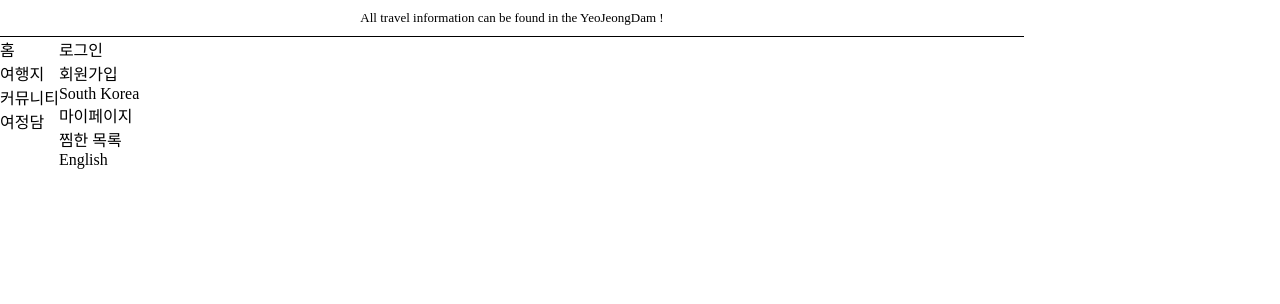
Repository: gaeunlee95/semi
Page: http://localhost/semi/main.jsp
These files come from the project's save history. The page is drawn as it stood at one moment and after the next save; the edit follows.
The browser window is 1280 px wide. The pictures show the whole page.
The page is served by Tomcat 9.

Above is the page before, as saved 2023-12-06 08:35:36.

### semi/src/main/webapp/main.jsp
<%@ page language="java" contentType="text/html; charset=UTF-8"
    pageEncoding="UTF-8"%>
<!DOCTYPE html>
<html>
<head>
<meta charset="UTF-8">
<title>메인 페이지</title>
<link rel="stylesheet" href="resources/css/style.css">
<style>
/* *{
	color: blue;
} */
</style>
</head>
<body>
	<jsp:include page="header.jsp" />
</body>
</html>

### semi/src/main/webapp/header.jsp
<%@ page language="java" contentType="text/html; charset=UTF-8"
    pageEncoding="UTF-8"%>
<%@ taglib uri="http://java.sun.com/jsp/jstl/core" prefix="c" %>
<header>
	<div id="welcome">
		<p>All travel information can be found in the YeoJeongDam !</p>
	</div>
	<div id="menu">
		<div id="mainMenu">
			<nav>
				<ul id="">
					<li>홈</li>
					<li>여행지</li>
					<li>커뮤니티</li>
					<li>여정담</li>
				</ul>
			</nav>
		</div>
		<div id="sideMenu">
			<nav>
				<ul id="">
					<li>로그인</li>
					<li>회원가입</li>
					<li>South Korea</li>
					<li>마이페이지</li>
					<li>찜한 목록</li>
					<li>English</li> <!-- 스크롤로 언어(영어/한국) 선택 -->
				</ul>
			</nav>
		</div>
	</div>





  <%-- <nav>
  <c:choose>
    <c:when test="${empty sessionId}">
	    <ul id="topMenu">
	  	  <li><a href="/loginform.do">로그인</a></li>
	  	  <li><a href="/joinform.do">회원가입</a></li>
	  	  <li><a href="/boardlist.do">게시판</a></li>
	  	  <li><a href="/memberlist.do">회원목록</a></li>
	  	</ul>
    </c:when>
    <c:otherwise>
    	<ul id="topMenu">
	  	  <li><a href="/logout.do">(${sessionId}님)로그아웃</a></li>
	  	  <li><a href="/memberview.do?id=${sessionId}">나의 정보</a></li>
	  	  <li><a href="/boardlist.do">게시판</a></li>
	  	  <li><a href="/memberlist.do">회원 목록</a></li>
	  	</ul>
    </c:otherwise>
   </c:choose>
  </nav> --%>
</header>

### semi/src/main/webapp/resources/css/style.css
@charset "UTF-8";
/* 공통 스타일 */
*{margin: 0; padding: 0;}
#container{width: 1024px; margin: 30px auto 100px;}
ul li{list-style: none;}
a{text-decoration: none;}
/* header 스타일 */
header{
	margin: 0 auto;
}
header #welcome{
	width : 1024px;
	text-align: center;
	border-bottom: 1px solid black;
}
header #welcome p{
	padding: 10px 0;
	font-size: 13px;
}
header nav{
	height: 80px;
	float:left;
}
header #mainMenu{
	width: 700px;
};
header #sideMenu{
	width: 324px;
}


/*
 header 스타일
header{height: 80px; background: #0077cc;}
header #logo{width: 250px; float: left; line-height: 80px;}
#logo h1 a{color: greenyellow; padding-left: 24px; font-style: italic;}
#logo h1 a:hover{color: #eee;}
header nav{width: 900px; float: right;}
#topMenu{line-height: 80px; padding-left: 150px;}
#topMenu li{float: left; margin: 0 20px;}
#topMenu li a{color: #eee; padding: 0 20px;}
#topMenu li a:hover{color: #444;}

 main 스타일
#main{width: 1000px; height: 600px; margin: 40px auto;}
#main h1{color: blue; font-style: italic; padding: 20px 60px;}
#main .main_img{margin: 16px 30px; float: left;}
#main .main_img img{border-radius: 5px;}
#main .newboard{margin: 20px;}
#main .newboard h3{margin: 20px;}
#main .newboard p{line-height: 2.5;}


 footer 스타일
footer{height: 80px; border-top: 2px solid #222; clear: both;}
#bottomMenu{margin: 10px 20px;}
#bottomMenu li{float: left; margin: 10px 0; padding: 0 10px;
	border-right: 1.5px solid #ccc;}
#bottomMenu li a{color: #444;}
#bottomMenu li:last-child{border: none;}

 회원 목록 스타일
#memberlist{width: 700px; margin: 20px auto;}
#memberlist .logout{text-align: right;}
#memberlist table{width: 700px; margin: 20px auto;}
#memberlist table, th, td{border: 1px solid #ccc;
  border-collapse: collapse; text-align: center;}
table th, td{padding: 10px;}
table thead{background: #eee;}
*/
/* 회원 가입 스타일 */
#join{width: 500px; margin: 20px auto;}
#join form{margin: 20px auto;}
form ul li{margin: 20px;}
form .button{margin-top: 16px;}
form .button button{padding: 5px;}
form label{width: 120px; float: left; padding-left: 20px;}
form input{padding: 5px;}

/* 회원 정보 스타일 */
#memberview{width: 460px; margin: 20px auto;}
#memberview table{width: 460px; margin: 20px auto;}
#memberview table, th, td{border: 1px solid #ccc;
  border-collapse: collapse; text-align: center;}
table th, td{padding: 10px;}
#memberview button{padding: 5px;}
/*
 login 스타일
#login {width: 400px; margin: 30px auto 100px;}
#login form{margin: 30px auto;}
#login form ul li{margin: 30px;}
#login .error{color: #e00; margin-top: 16px; font-size: 0.9em}
#login button{width: 100%; padding: 10px 0;}

 게시글 목록 스타일
#boardlist{width: 700px; margin: 20px auto;}
#boardlist table{width: 700px; margin: 20px auto;}
#boardlist table, th, td{border: 1px solid #ccc;
  border-collapse: collapse; text-align: center;}
table th, td{padding: 10px;}
table thead{background: #eee;}
#boardlist button{padding: 10px;}

 글쓰기 스타일
#writeform{width: 550px; margin: 20px auto;}
#writeform table{width: 550px; margin: 20px auto;}
#writeform table, th, td{border: 1px solid #ccc;
  border-collapse: collapse; text-align: center;}
table th, td{padding: 10px;}
table thead{background: #eee;}
#writeform input{width: 540px; height: 25px; padding: 5px;}
#writeform textarea{width: 540px; height: 300px; padding: 5px;}
#writeform button{padding: 5px;}

 글 상세보기 스타일
#board_view{width: 550px; margin: 20px auto;}
#board_view table{width: 550px; margin: 20px auto;}
#board_view table, th, td{border: 1px solid #ccc;
  border-collapse: collapse; text-align: center;}
table th, td{padding: 10px;}
table thead{background: #eee;}
#board_view input{width: 540px; height: 25px; padding: 5px;}
#board_view textarea{width: 540px; height: 300px; padding: 5px;}
#board_view button{padding: 5px;}

 댓글 영역 스타일
#board_view h3{
	margin-bottom: 12px;
	color: #444;
}
#board_view .reply{
	border-top: 1px dotted #ccc;
}
#board_view .reply p{
	margin: 10px 0;
	font-size: 0.9em;
	color: #444;
}

 댓글 내용 - 줄바꿈하기 : white-space:pre-line
#board_view .reply p:nth-of-type(1){
	white-space: pre-line; white-space (enter)하면 줄바꿈;
	line-height: 1.5;
}
#replyform textarea{
	height: 100px;
}
#replyform button{
	margin-top: 6px;
}
.replylogin{
	background-color: #eee;
	margin: 10px 0;
	padding: 16px;
	text-align: center;
	border-radius: 5px;
}
.replylogin a{
	color:blue;
}
.replylogin a:hover{
	text-decoration: underline;
}*/

After the next save:
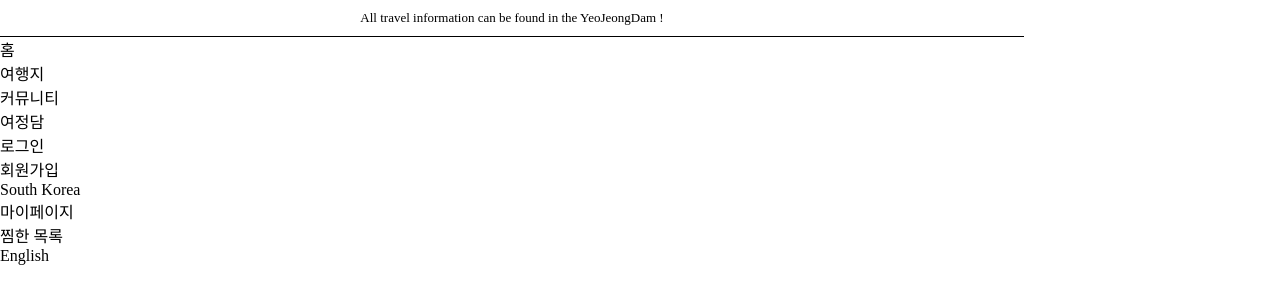
Saved 71 s later.
--- a/semi/src/main/webapp/header.jsp
+++ b/semi/src/main/webapp/header.jsp
@@ -5,30 +5,28 @@
 	<div id="welcome">
 		<p>All travel information can be found in the YeoJeongDam !</p>
 	</div>
+	<nav>
 	<div id="menu">
 		<div id="mainMenu">
-			<nav>
-				<ul id="">
-					<li>홈</li>
-					<li>여행지</li>
-					<li>커뮤니티</li>
-					<li>여정담</li>
-				</ul>
-			</nav>
+			<ul id="">
+				<li>홈</li>
+				<li>여행지</li>
+				<li>커뮤니티</li>
+				<li>여정담</li>
+			</ul>
 		</div>
 		<div id="sideMenu">
-			<nav>
-				<ul id="">
-					<li>로그인</li>
-					<li>회원가입</li>
-					<li>South Korea</li>
-					<li>마이페이지</li>
-					<li>찜한 목록</li>
-					<li>English</li> <!-- 스크롤로 언어(영어/한국) 선택 -->
-				</ul>
-			</nav>
+			<ul id="">
+				<li>로그인</li>
+				<li>회원가입</li>
+				<li>South Korea</li>
+				<li>마이페이지</li>
+				<li>찜한 목록</li>
+				<li>English</li> <!-- 스크롤로 언어(영어/한국) 선택 -->
+			</ul>
 		</div>
 	</div>
+	</nav>
 
 
 
